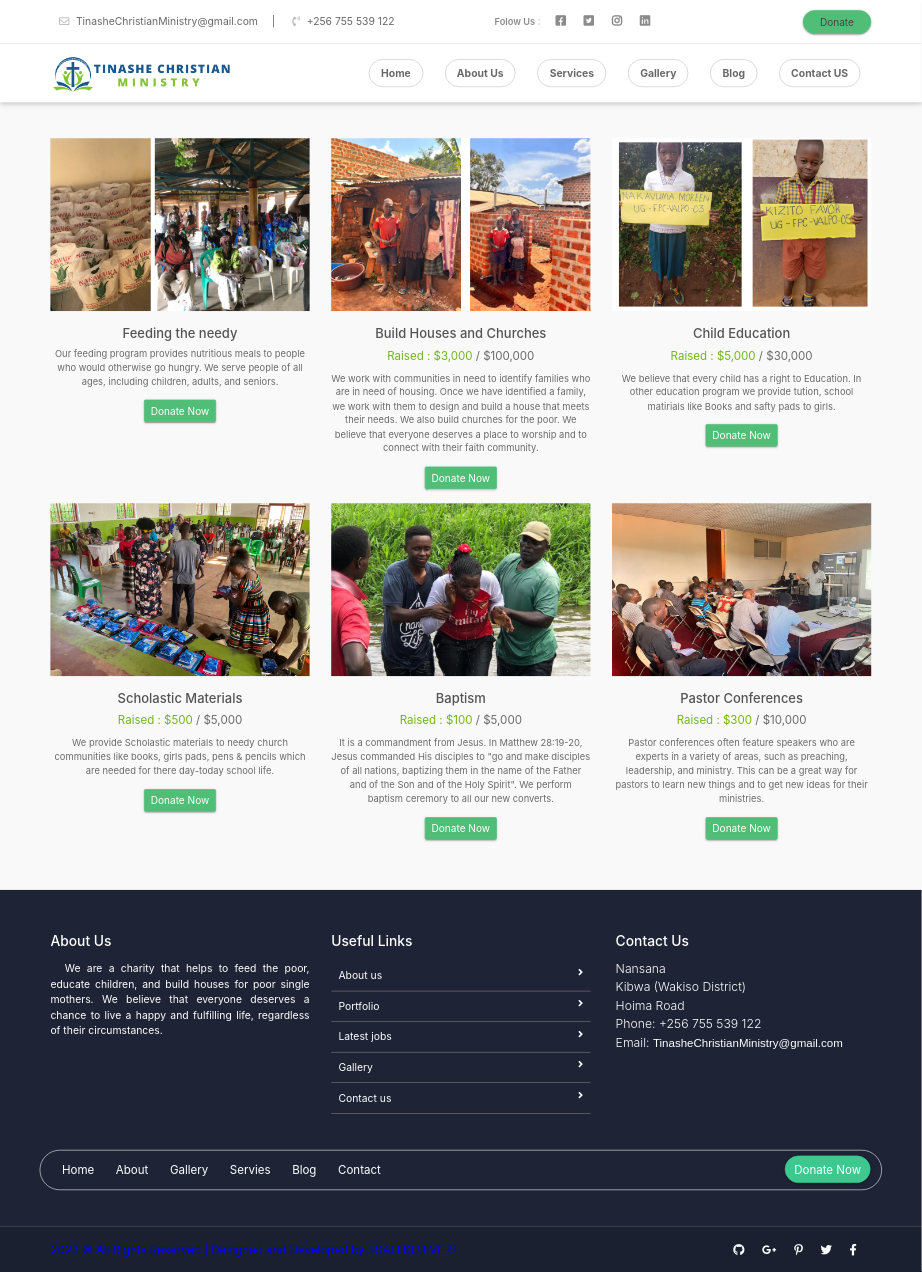
Repository: kluivert-ssali/Zziwa
Page: services.html
An editor plug-in stored every save of this project. The page is shown before and after the next save, followed by the edit.
The browser window is 1280 px wide. The pictures show the whole page, at 72% of full size.

Above is the page before, as saved 2023-11-20 20:55:31.

After the next save:
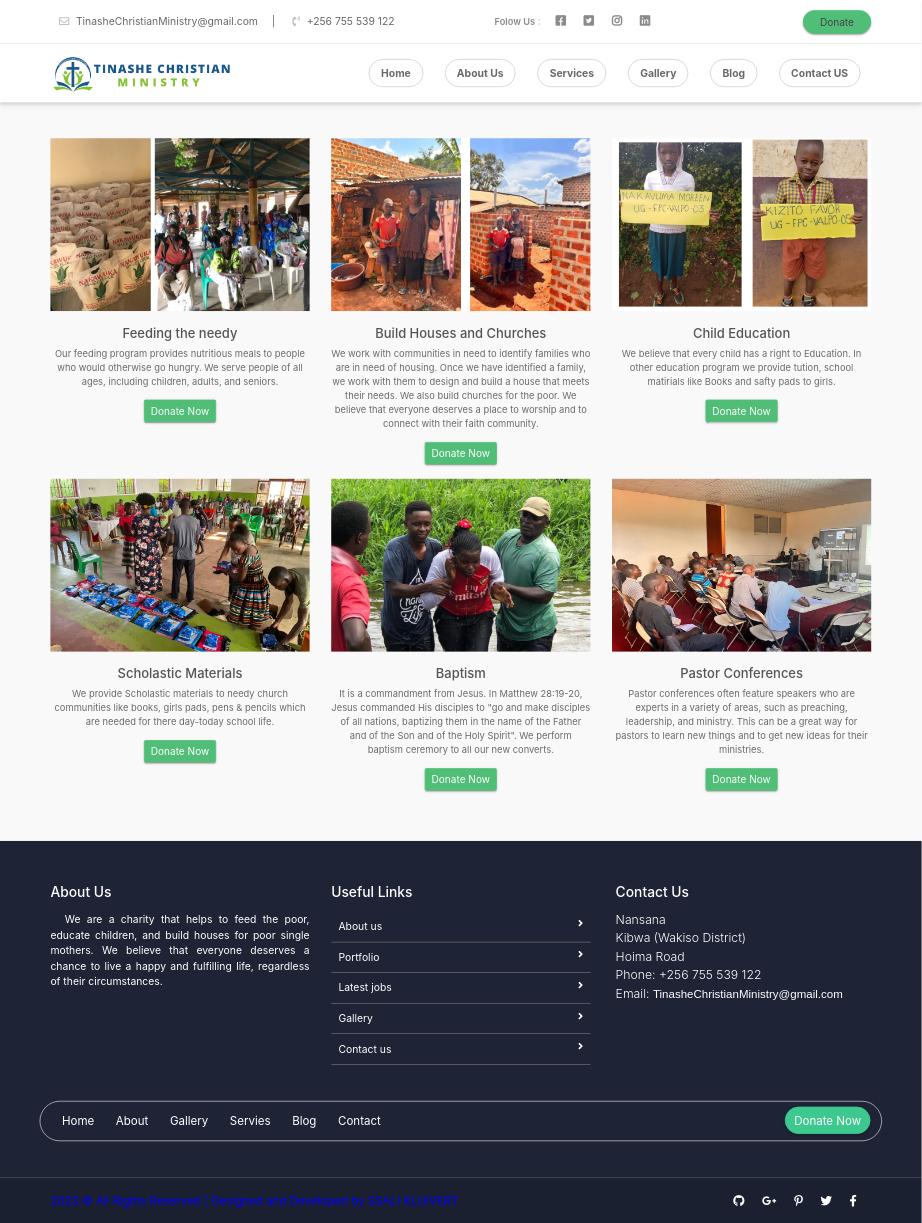
Saved 2 min 1 s later.
--- a/services.html
+++ b/services.html
@@ -152,7 +152,6 @@
             <div class="event-box">
               <img src="assets/images/events/House2.png" alt="" />
               <h4>Build Houses and Churches</h4>
-              <p class="raises"><span>Raised : $3,000</span> / $100,000</p>
               <p class="desic">
                 We work with communities in need to identify families who are in
                 need of housing. Once we have identified a family, we work with
@@ -160,55 +159,52 @@
                 build churches for the poor. We believe that everyone deserves a
                 place to worship and to connect with their faith community.
               </p>
-              <button
-                class="btn btn-success btn-sm"
-                href="https://flutterwave.com/donate/cqvprj4q11oa"
-              >
-                Donate Now
-              </button>
+              <a
+                href="https://flutterwave.com/donate/cqvprj4q11oa"
+                target="_blank"
+              >
+                <button class="btn btn-success btn-sm">Donate Now</button>
+              </a>
             </div>
           </div>
           <div class="col-md-4 col-sm-6">
             <div class="event-box">
               <img src="assets/images/events/school.png" alt="" />
               <h4>Child Education</h4>
-              <p class="raises"><span>Raised : $5,000</span> / $30,000</p>
               <p class="desic">
                 We believe that every child has a right to Education. In other
                 education program we provide tution, school matirials like Books
                 and safty pads to girls.
               </p>
-              <button
-                class="btn btn-success btn-sm"
-                href="https://flutterwave.com/donate/cqvprj4q11oa"
-              >
-                Donate Now
-              </button>
+              <a
+                href="https://flutterwave.com/donate/cqvprj4q11oa"
+                target="_blank"
+              >
+                <button class="btn btn-success btn-sm">Donate Now</button>
+              </a>
             </div>
           </div>
           <div class="col-md-4 col-sm-6">
             <div class="event-box">
               <img src="assets/images/events/payer1.png" alt="" />
               <h4>Scholastic Materials</h4>
-              <p class="raises"><span>Raised : $500</span> / $5,000</p>
               <p class="desic">
                 We provide Scholastic materials to needy church communities like
                 books, girls pads, pens & pencils which are needed for there
                 day-today school life.
               </p>
-              <button
-                class="btn btn-success btn-sm"
-                href="https://flutterwave.com/donate/cqvprj4q11oa"
-              >
-                Donate Now
-              </button>
+              <a
+                href="https://flutterwave.com/donate/cqvprj4q11oa"
+                target="_blank"
+              >
+                <button class="btn btn-success btn-sm">Donate Now</button>
+              </a>
             </div>
           </div>
           <div class="col-md-4 col-sm-6">
             <div class="event-box">
               <img src="assets/images/events/bath.png" alt="" />
               <h4>Baptism</h4>
-              <p class="raises"><span>Raised : $100</span> / $5,000</p>
               <p class="desic">
                 It is a commandment from Jesus. In Matthew 28:19-20, Jesus
                 commanded His disciples to "go and make disciples of all
@@ -216,31 +212,30 @@
                 and of the Holy Spirit". We perform baptism ceremory to all our
                 new converts.
               </p>
-              <button
-                class="btn btn-success btn-sm"
-                href="https://flutterwave.com/donate/cqvprj4q11oa"
-              >
-                Donate Now
-              </button>
+              <a
+                href="https://flutterwave.com/donate/cqvprj4q11oa"
+                target="_blank"
+              >
+                <button class="btn btn-success btn-sm">Donate Now</button>
+              </a>
             </div>
           </div>
           <div class="col-md-4 col-sm-6">
             <div class="event-box">
               <img src="assets/images/events/teaching.png" alt="" />
               <h4>Pastor Conferences</h4>
-              <p class="raises"><span>Raised : $300</span> / $10,000</p>
               <p class="desic">
                 Pastor conferences often feature speakers who are experts in a
                 variety of areas, such as preaching, leadership, and ministry.
                 This can be a great way for pastors to learn new things and to
                 get new ideas for their ministries.
               </p>
-              <button
-                class="btn btn-success btn-sm"
-                href="https://flutterwave.com/donate/cqvprj4q11oa"
-              >
-                Donate Now
-              </button>
+              <a
+                href="https://flutterwave.com/donate/cqvprj4q11oa"
+                target="_blank"
+              >
+                <button class="btn btn-success btn-sm">Donate Now</button>
+              </a>
             </div>
           </div>
         </div>
@@ -316,6 +311,7 @@
           <div class="donate-link col-md-3">
             <a
               href="https://flutterwave.com/donate/cqvprj4q11oa"
+              target="blank"
               class="btn btn-primary"
               ><span class="btn-title">Donate Now</span></a
             >
